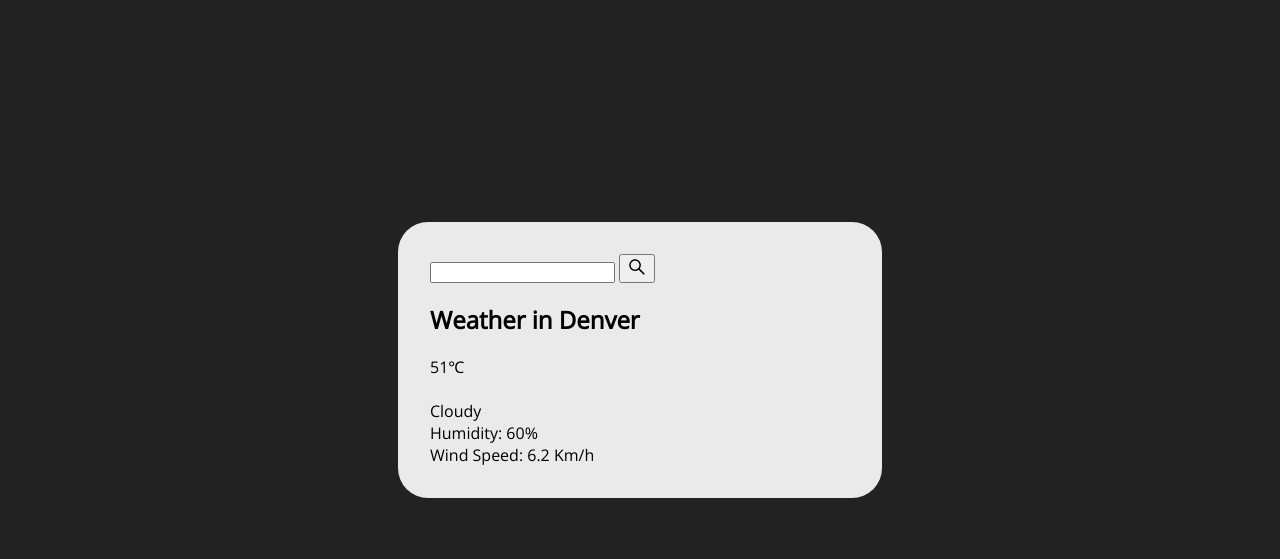
Repository: pin-seavmuy/JavaScript
Page: index.html
These files come from the project's save history. The page is drawn as it stood at one moment and after the next save; the edit follows.
The browser window is 1280 px wide. The pictures show the whole page.

Above is the page before, as saved 2024-04-21 22:58:56.

After the next save:
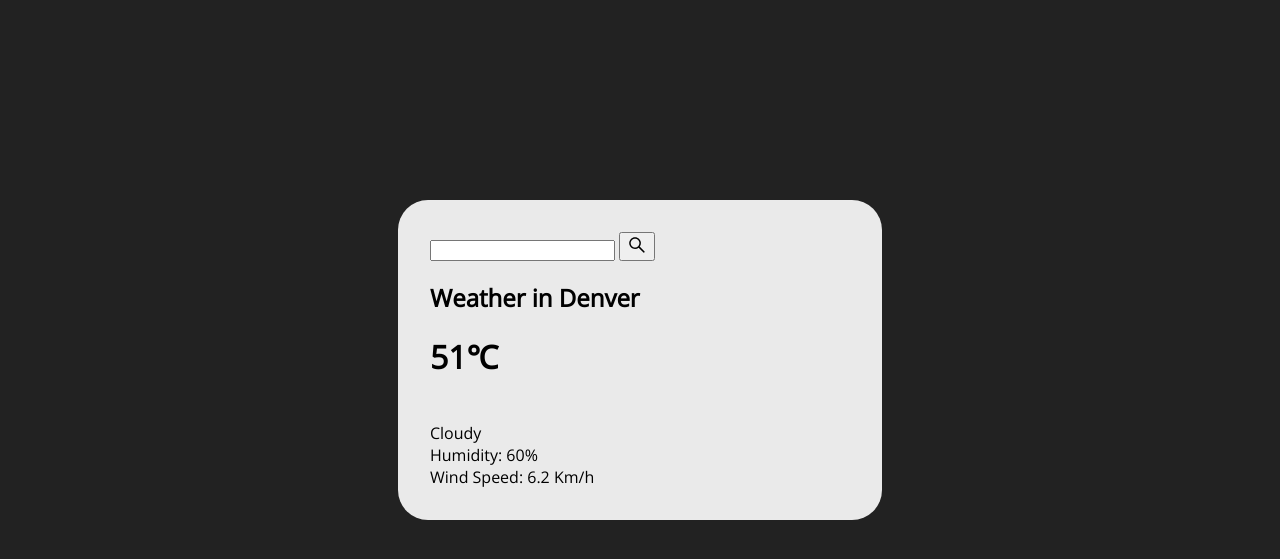
Saved 41 s later.
--- a/index.html
+++ b/index.html
@@ -23,7 +23,7 @@
             </div>
             <div class="weather">
                 <h2 class="city">Weather in Denver</h2>
-                <div class="temp">51&#8451;</div>
+                <h1 class="temp">51&#8451;</h1>
                 <img src="" class="icon" alt="">
                 <div class="description">Cloudy</div>
                 <div class="humidity">Humidity: 60%</div>
